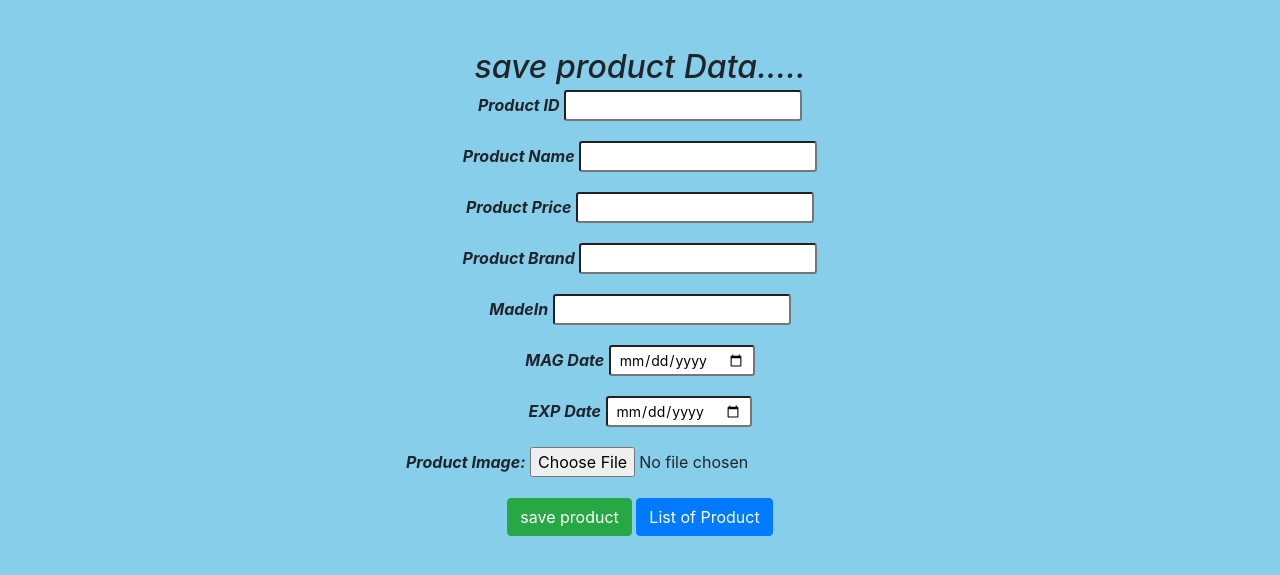
Repository: jrajesh111/Adv-java
Page: ProductAppproject/src/main/webapp/add-product.html
These files come from the project's save history. The page is drawn as it stood at one moment and after the next save; the edit follows.
The browser window is 1280 px wide. The pictures show the whole page.

Above is the page before, as saved 2024-03-06 15:55:15.

### ProductAppproject/src/main/webapp/add-product.html

<html>
<head>
	<title>Add Product</title>
	<!-- BootStrap CDN link TO GET THE SUPPURT Bootstrap-->
	<link rel="stylesheet"
		href="https://cdn.jsdelivr.net/npm/bootstrap@4.6.0/dist/css/bootstrap.min.css" rel="stylesheet">

	<!-- This is java script validation code location -->
	<script type="text/javascript"   src="formvalidation.js" >   </script>
</head>
<body style="background-color: skyblue;">
	<div class="container mt-5 text-center">
	<h2 class="text-center font-italic mb-1">save product Data.....</h2>

	<form method="post" action="./AddProductServlet" enctype="multipart/form-data" onsubmit="return validateForm()">

		<div class="form-group">
		<label class="font-italic font-weight-bold" for="proId">Product ID </label>
		<input type="text" class="form-control-sm" id="proId" name="proId" required>
		</div>

		<div class="form-group">
		<label class="font-italic font-weight-bold" for="proName">Product Name </label>
		<input type="text" class="form-control-sm" id="proName" name="proName" required>
		</div>


		<div class="form-group">
		<label class="font-italic font-weight-bold" for="proPrice">Product Price </label>
		<input type="text" class="form-control-sm" id="proPrice" name="proPrice" required>
		</div>

		<div class="form-group">
		<label class="font-italic font-weight-bold" for="proBrand">Product Brand </label>
		<input type="text" class="form-control-sm" id="proBrand" name="proBrand" required>
		</div>


		<div class="form-group">
		<label class="font-italic font-weight-bold" for="proMadeIn">MadeIn </label>
		<input type="text" class="form-control-sm" id="proMadeIn" name="proMadeIn" required>
		</div>


		<div class="form-group">
		<label class="font-italic font-weight-bold" for="Manufacturing Date">MAG Date </label>
		<input type="date" class="form-control-sm" id="Manufacturing Date" name="MfgDate" required>
		</div>


		<div class="form-group">
		<label class="font-italic font-weight-bold" for="Expiry Date">EXP Date </label>
		<input type="date" class="form-control-sm" id="Expiry Date" name="ExpiryDate" required>
		</div>

		<div class="form-group">
		<label class="font-italic font-weight-bold" for="proIamge" > Product Image:</label>
		<input type="file" class="form-control-file-sm" id="proImage" name="proImage" accept="image/*" required >
		</div>

		<div>
		<input type="submit" class="btn btn-success" value="save product">
		<a href="productList.jsp" class="btn btn-primary"> List of Product</a>
		</div>

	</form>

	</div>
</body>
</html>

### ProductAppproject/src/main/webapp/formvalidation.js
function validateForm()
{
	//Read the form data
	var proId=document.getElementById("proId").value;
	var proName=document.getElementById("proName").value;
	var proPrice=document.getElementById("proPrice").value;
	var proBrand=document.getElementById("proBrand").value;
	var proMadeIn=document.getElementById("proMadeIn").value;

	if(proId.trim()=== "" || proName.trim()=== ""||proPrice.trim()=== ""||proBrand.trim()=== ""||proMadeIn.trim()=== "")
	{
		alert("All fields must be filled out");
	    return false;
	}
	if(parseFloat(proPrice)<0)
	{
		alert("proPrice must be a non-negative value");
		return false;
	}
	if(proName.length>50 || proBrand.length>50)
	{
		alert("Product name and proBrand must be less than 50 charecters");
		return false;
	}
	//get the mfg & exp dates
	var proMfgDate=document.getElementById("proMfgDate").value;
	var proExpDate =document.getElementById("proExpDate").value;

	//convert into date format
	var manufacturingDateObj=new Date(proMfgDate);
	var expiryDateObj=new Date(proExpDate);

	//check the validation of dates
	if(manufacturingDateObj>expiryDateObj)
	{
		alert("Manufacturing date cannot be greater than expiry date.");
		return false;
	}
	return true;
}

After the next save:
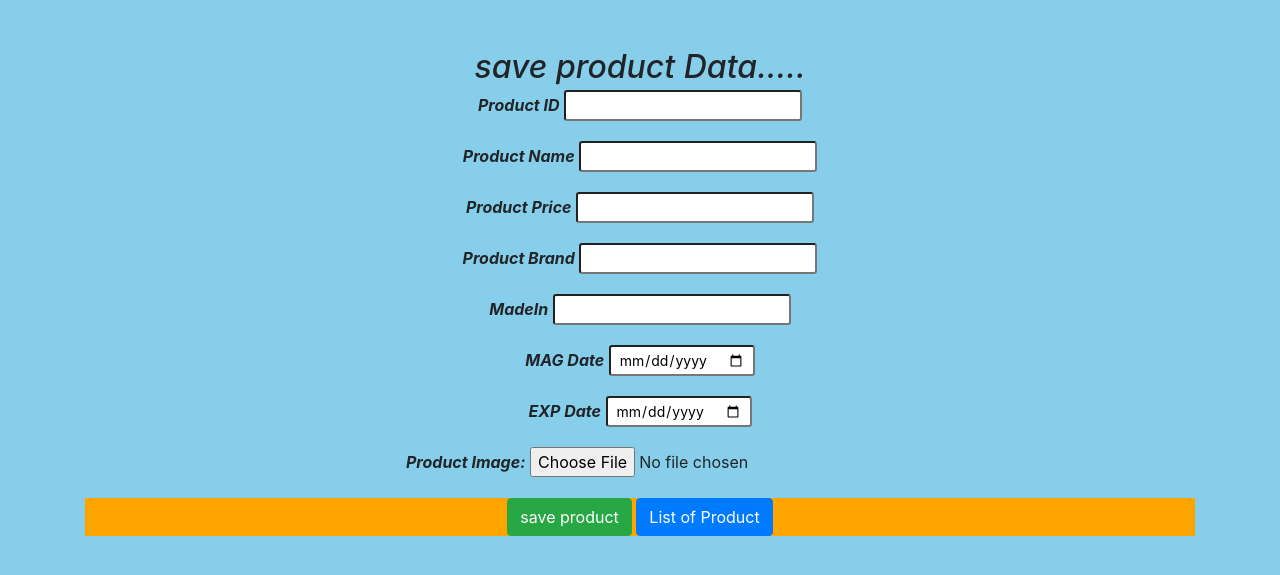
Saved 60 s later.
--- a/ProductAppproject/src/main/webapp/add-product.html
+++ b/ProductAppproject/src/main/webapp/add-product.html
@@ -59,7 +59,7 @@
 		<input type="file" class="form-control-file-sm" id="proImage" name="proImage" accept="image/*" required >
 		</div>
 
-		<div>
+		<div style="background-color: orange">
 		<input type="submit" class="btn btn-success" value="save product">
 		<a href="productList.jsp" class="btn btn-primary"> List of Product</a>
 		</div>

After the save that followed:
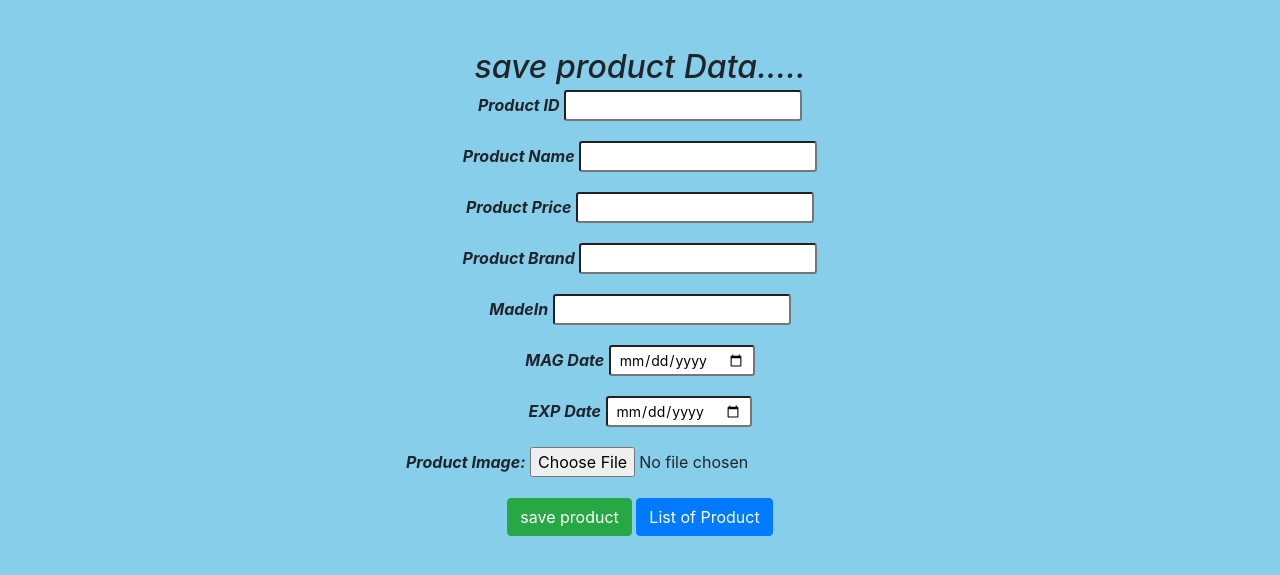
Saved 28 s later.
--- a/ProductAppproject/src/main/webapp/add-product.html
+++ b/ProductAppproject/src/main/webapp/add-product.html
@@ -59,7 +59,7 @@
 		<input type="file" class="form-control-file-sm" id="proImage" name="proImage" accept="image/*" required >
 		</div>
 
-		<div style="background-color: orange">
+		<div >
 		<input type="submit" class="btn btn-success" value="save product">
 		<a href="productList.jsp" class="btn btn-primary"> List of Product</a>
 		</div>
